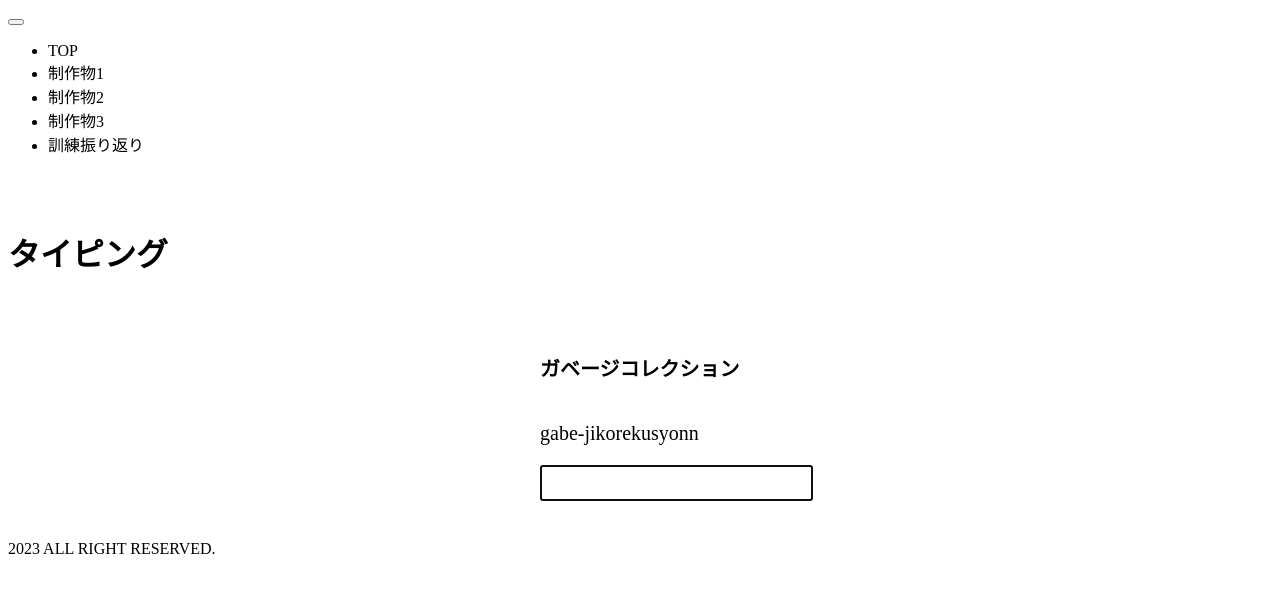
Repository: yuki-kuro/portfolio
Page: http://localhost/TypingGame/TypingGameServlet
The author's editor kept a copy of each file at every save. The page is drawn from the files as they stood at one save, then again after the next save.
The browser window is 1280 px wide. The pictures show the whole page.
The page is served by Tomcat 9.

Above is the page before, as saved 2023-06-27 04:07:51.
Not found: TypingGame/BJServletRensyu2/卒業制作/css/kyoutuu.css
Not found: TypingGame/TypingGame/js/hamb.js

### TypingGame/src/main/webapp/TypingGameView.jsp
<%@ page language="java" contentType="text/html; charset=UTF-8"
	pageEncoding="UTF-8"%>
<%
String randomWordJapanese = (String) session.getAttribute("randomWordJapanese");
String randomWordRomaji = (String) session.getAttribute("randomWordRomaji");
String previousRandomWordRomaji = (String) session.getAttribute("previousRandomWordRomaji");
String userInput = request.getParameter("userInput");
Boolean isCorrect = (Boolean) session.getAttribute("isCorrect");
int score = (int) session.getAttribute("score");
int mondaisuu = 3;
%>
<!DOCTYPE html>
<html>
<head>
<meta charset="UTF-8" />
<meta name="viewport" content="width=device-width, initial-scale=1.0">
<link rel="stylesheet" type="text/css"
	href="../BJServletRensyu2/卒業制作/css/kyoutuu.css">
<link rel="stylesheet" type="text/css" href="css/Typing.css">
<title>タイピング</title>
<script src="https://code.jquery.com/jquery-3.6.0.min.js"
	integrity="sha256-/xUj+3OJU5yExlq6GSYGSHk7tPXikynS7ogEvDej/m4="
	crossorigin="anonymous"></script>
<script src="js/hamb.js"></script>

</head>
<body>
	<div class="content">
		<button type="button" class="btn js-btn">
			<span class="btn-line"></span>
		</button>
		<nav>
			<ul class="menu">
				<li class="menu-list"
					onclick="window.location.href='../BJServletRensyu2/卒業制作/index.html'">TOP</li>
				<li class="menu-list"
					onclick="window.location.href='http://localhost:8080/JankenServletGame/JankenServlet'">制作物1</li>
				<li class="menu-list"
					onclick="window.location.href='http://localhost:8080/BJServletRensyu2/BlackjackServlet'">制作物2</li>
				<li class="menu-list"
					onclick="window.location.href='http://localhost:8080/TypingGame/TypingGameServlet'">制作物3</li>
				<li class="menu-list"
					onclick="window.location.href='../BJServletRensyu2/卒業制作/furikaeri.html'">訓練振り返り</li>
			</ul>
		</nav>
		<div class="wrapper">

			<br> <br>

			<h1 class="gametitle">タイピング</h1>
			<br>
			<br>
			<%
			if (score >= mondaisuu) {
			%>
			<div class="clear">
				<strong>ゲームクリア!</strong><br>
				<p>遊んでくれてありがとう!</p>
				<br>
				<br>
				<%
				// セッションを無効化して初期化
				session.invalidate();
				session = request.getSession(true);
				session.setAttribute("score", 0);
				%>
				<form action="TypingGameServlet" method="POST">
					<input type="hidden" name="action" value="reset"> <input
						type="submit" value="初めから" class="hajimekara">
				</form>

			</div>
			<%
			} else {
			%>
			<div class="nyuuryoku">
				<p>
					<strong><%=randomWordJapanese%></strong>
				</p>
				<p>
					<%=randomWordRomaji%>
				</p>
				<form action="TypingGameServlet" method="POST">
					<input type="text" name="userInput" autofocus autocomplete="off"
						class="nyuuryokuform">
				</form>
				<br>
			</div>

			<%
			if (isCorrect != null) {
			%>
			<div class="hantei">
				<p>
					正解:
					<%=previousRandomWordRomaji%></p>
				<p>
					入力:
					<%=userInput%></p>
				<p>
					判定:
					<%
				if (isCorrect) {
				%>
					○
					<%
				} else {
				%>
					☓
					<%
				}
				%>
				</p>
				<p><%=score%>/<%=mondaisuu%>正解!
				</p>
				<%
				}
				%>
				<%
				}
				%>
			</div>
		</div>
	</div>
	<footer>
		<p>2023 ALL RIGHT RESERVED.</p>
	</footer>
</body>
</html>

### TypingGame/src/main/java/servlet/TypingGameServlet.java
package servlet;

import java.io.IOException;
import java.util.Arrays;

import javax.servlet.ServletException;
import javax.servlet.annotation.WebServlet;
import javax.servlet.http.HttpServlet;
import javax.servlet.http.HttpServletRequest;
import javax.servlet.http.HttpServletResponse;
import javax.servlet.http.HttpSession;

@WebServlet("/TypingGameServlet")
public class TypingGameServlet extends HttpServlet {
	// words 配列に単語を格納する
	String[][] words = {
			{ "サーブレットクラス", "sa-burettokurasu" },
			{ "アノテーション", "anote-syonn" },
			{ "リクエストスコープ", "rikuesutosuko-pu" },
			{ "セッションスコープ", "sessyonsuko-pu" },
			{ "アプリケーションスコープ", "apurike-syonsuko-pu" },
			{ "ガベージコレクション","gabe-jikorekusyonn"},
			{ "フォワード","fowa-do"},
			{ "プロパティ","puropathi"}
	};

	// 現在の単語を除いたランダムな単語を選ぶメソッド
	private String[] getRandomWordWithoutCurrent(String[][] wordPairs, String[] currentWordPair) {
		String[] randomWordPair = currentWordPair;
		while (Arrays.equals(randomWordPair, currentWordPair)) {
			int randomIndex = (int) (Math.random() * wordPairs.length);
			randomWordPair = wordPairs[randomIndex];
		}
		return randomWordPair;
	}

	protected void doGet(HttpServletRequest request, HttpServletResponse response)
			throws ServletException, IOException {
		HttpSession session = request.getSession();
		session.setAttribute("score", 0); // 初期スコアをセッションに保存
		showRandomWord(request, response);
	}

	protected void doPost(HttpServletRequest request, HttpServletResponse response)
			throws IOException, ServletException {
		String action = request.getParameter("action");

		if (action != null && action.equals("reset")) {

			// doGet() メソッドを呼び出す
			doGet(request, response);
			return;
		} else {
			// ユーザーの入力を取得
			String userInput = request.getParameter("userInput");

			// 正解の単語をセッションから取得
			HttpSession session = request.getSession();
			String randomWordJapanese = (String) session.getAttribute("randomWordJapanese");
			String randomWordRomaji = (String) session.getAttribute("randomWordRomaji");
			String[] randomWordPair = { randomWordJapanese, randomWordRomaji };

			// 正誤を判定（大文字と小文字を区別）
			boolean isCorrect = userInput.equals(randomWordRomaji);

			// スコアを取得し、1増やす
			int score = (int) session.getAttribute("score");
			if (isCorrect) {
				score++;
				session.setAttribute("score", score); // スコアを更新
			}

			// 10単語正解時に終了
			if (score >= 3) {
				request.getRequestDispatcher("TypingGameView.jsp").forward(request, response);
			} else {

				// 判定結果をセッションに保存
				session.setAttribute("isCorrect", isCorrect);

				// 次の問題を選ぶ（同じ問題が出ないようにする）
				String[] nextRandomWordPair = getRandomWordWithoutCurrent(words, randomWordPair);

				// 次の問題をセッションに保存
				String nextRandomWordJapanese = nextRandomWordPair[0];
				String nextRandomWordRomaji = nextRandomWordPair[1];

				session.setAttribute("randomWordJapanese", nextRandomWordJapanese);
				session.setAttribute("randomWordRomaji", nextRandomWordRomaji);
				session.setAttribute("previousRandomWordRomaji", randomWordRomaji);

				// TypingGameView.jspにフォワード
				request.getRequestDispatcher("TypingGameView.jsp").forward(request, response);
			}
		}

	}

	private void showRandomWord(HttpServletRequest request, HttpServletResponse response)
			throws ServletException, IOException {
		// words 配列の要素数を取得し、ランダムなインデックスを生成します
		int randomIndex = (int) (Math.random() * words.length);

		// ランダムなインデックスに対応する words 配列の要素を取得し、ランダムな単語を選択します
		String[] randomWordPair = words[randomIndex];
		String randomWordJapanese = randomWordPair[0];
		String randomWordRomaji = randomWordPair[1];

		// 選択されたランダムな単語をセッションに保存します。
		request.getSession().setAttribute("randomWordJapanese", randomWordJapanese);
		request.getSession().setAttribute("randomWordRomaji", randomWordRomaji);

		request.getRequestDispatcher("TypingGameView.jsp").forward(request, response);
	}
}

### TypingGame/src/main/webapp/css/Typing.css
@charset "UTF-8";



.nyuuryoku {
  display: flex; /* Flexコンテナとして要素を配置する */
  flex-direction: column; /* 要素を縦方向に配置する */
  align-items: center; /* 要素を中央に配置する */
  	font-size: 20px;
}
.nyuuryoku p,
.nyuuryoku form {
  text-align: left; /* 左揃え */
  width: 200px;
}
.nyuuryokuform{
	height:30px;
	font-size: 20px;
}
.hantei{
	  display: flex; /* Flexコンテナとして要素を配置する */
  flex-direction: column; /* 要素を縦方向に配置する */
  align-items: center; /* 要素を中央に配置する */
}
.hantei p {
  text-align: left; /* 左揃え */
  width: 200px;
}
.clear{
  display: flex; /* Flexコンテナとして要素を配置する */
  flex-direction: column; /* 要素を縦方向に配置する */
  align-items: center; /* 要素を中央に配置する */
  font-size: 20px;
}

After the next save:
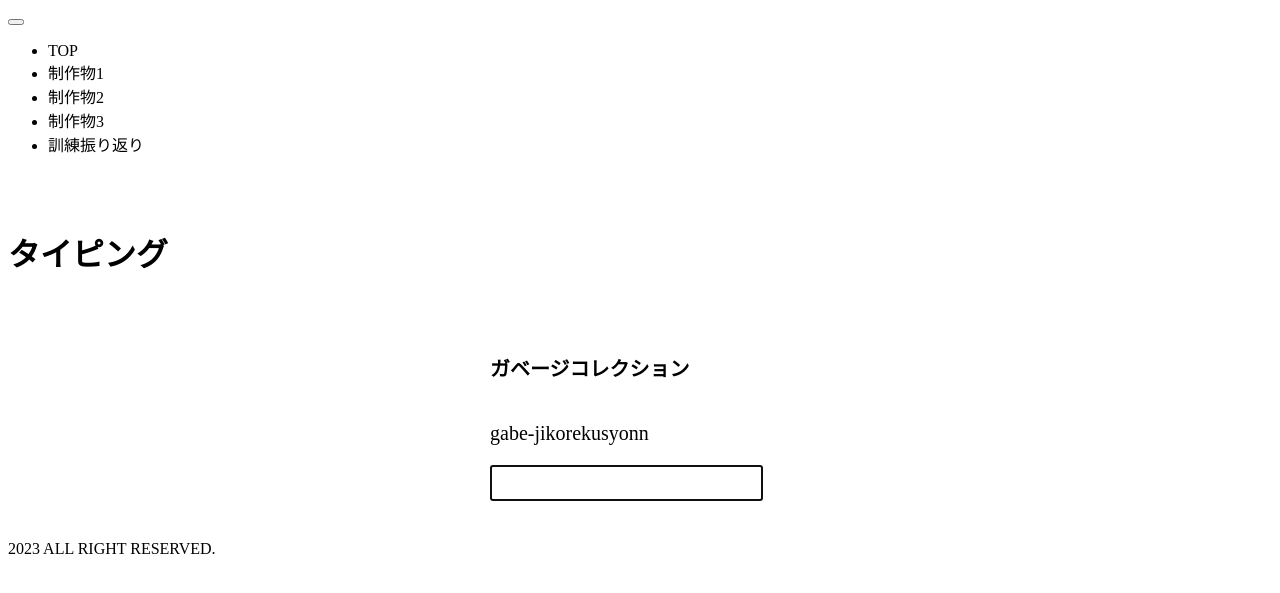
Saved 6 min 0 s later.
--- a/TypingGame/src/main/webapp/css/Typing.css
+++ b/TypingGame/src/main/webapp/css/Typing.css
@@ -11,7 +11,7 @@
 .nyuuryoku p,
 .nyuuryoku form {
   text-align: left; /* 左揃え */
-  width: 200px;
+  width: 300px;
 }
 .nyuuryokuform{
 	height:30px;
@@ -24,7 +24,7 @@
 }
 .hantei p {
   text-align: left; /* 左揃え */
-  width: 200px;
+  width: 300px;
 }
 .clear{
   display: flex; /* Flexコンテナとして要素を配置する */
